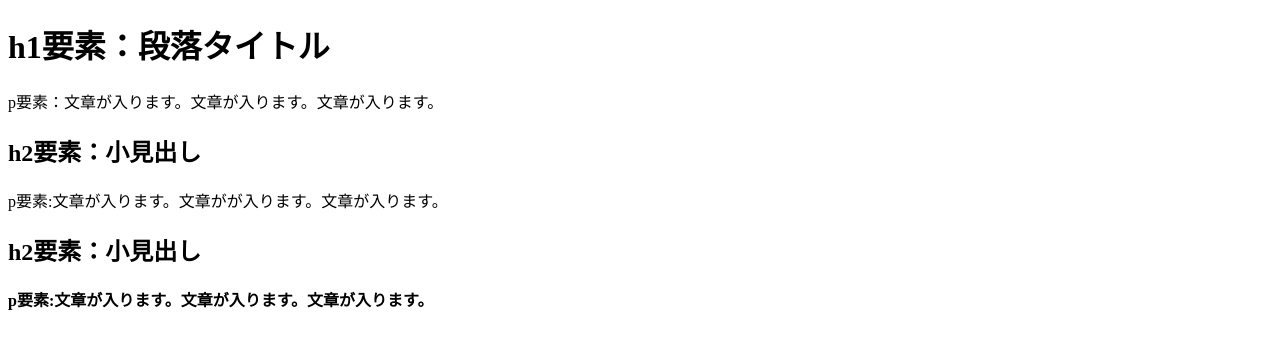
Repository: ayano-ogawa/samurai_HTML-CSS
Page: Untitled1.html
The author's editor kept a record of every edit. The page is drawn from the files as they stood at one moment, then again after the next edit.
The browser window is 1280 px wide. The pictures show the whole page.

Above is the page before.

After the next edit:
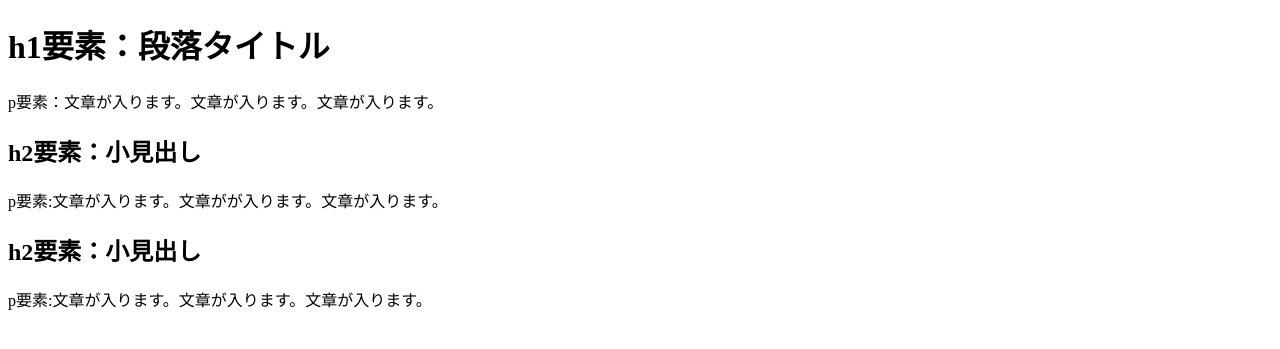
The edit:
--- a/Untitled1.html
+++ b/Untitled1.html
@@ -11,8 +11,8 @@
     <p style="fs-25;">
      p要素:文章が入ります。文章がが入ります。文章が入ります。
     </p>
-    <h2 id="green">h2要素：小見出し</h2>
-    <p style="font-weight: bold";>
+    <h2 id="red">h2要素：小見出し</h2>
+    <p class="fw-bold";>
      p要素:文章が入ります。文章が入ります。文章が入ります。
     </p>
 
